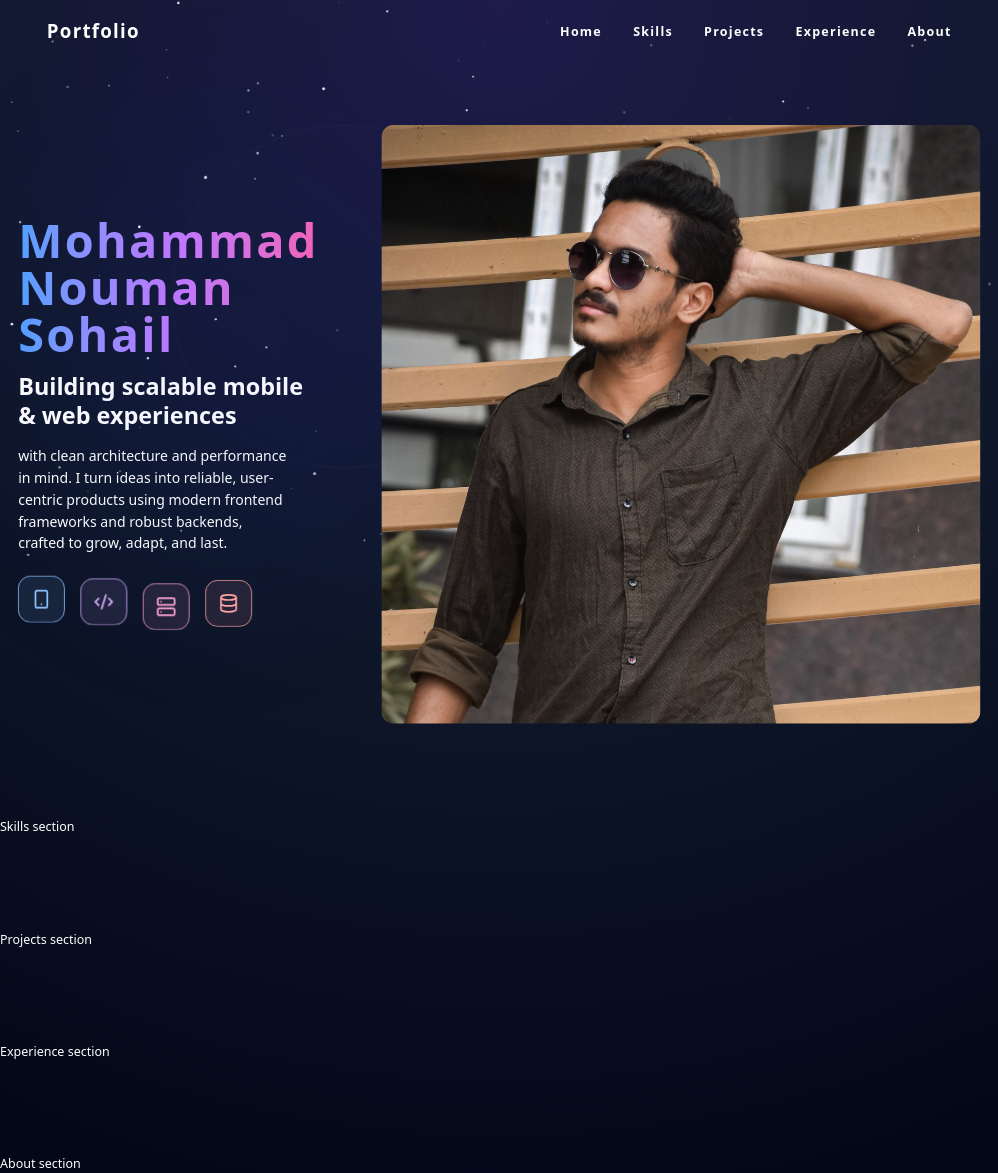
Repository: NoumanSohail/Nouman-Sohail-Portfolio
Page: /
These files come from the project's save history. The page is drawn as it stood at one moment and after the next save; the edit follows.
The browser window is 1280 px wide. The pictures show the whole page, at 78% of full size.
The project was rebuilt for these pictures with package versions that can differ from the ones it lists, and the page was loaded fresh each time. The framework's server and built-in components were replaced by stand-ins that run in the browser. Also part of the build but not shown: next.config.ts.

Above is the page before, as saved 2026-01-24 20:25:35.

### app/layout.tsx
import type { Metadata } from "next";
import { Geist, Geist_Mono } from "next/font/google";
import "./globals.css";
import Navbar from "./components/header/Navbar";
import StarBackground from "./components/ui/StarBackground";

const geistSans = Geist({
  variable: "--font-geist-sans",
  subsets: ["latin"],
});

const geistMono = Geist_Mono({
  variable: "--font-geist-mono",
  subsets: ["latin"],
});

export const metadata: Metadata = {
  title: "Create Next App",
  description: "Generated by create next app",
};

export default function RootLayout({
  children,
}: Readonly<{
  children: React.ReactNode;
}>) {
  return (
    <html lang="en">
      <body
        className={`${geistSans.variable} ${geistMono.variable} antialiased`}
      >
        <StarBackground />
        <Navbar />
        {children}
      </body>
    </html>
  );
}

### app/page.tsx
import React from 'react'
import Hero from './components/sections/Hero'
import Skills from './components/sections/Skills'
import Projects from './components/sections/Projects'
import Experience from './components/sections/Experience'
import About from './components/sections/About'

const page = () => {
  return (
    <div>
      <Hero />
      <Skills />
      <Projects />
      <Experience />
      <About />
    </div>
  )
}

export default page

### app/globals.css
@import "tailwindcss";

html {
  scroll-behavior: smooth;
}

body {
  overflow-x: hidden;
  position: relative;
  background: radial-gradient(circle at 50% 0%, #1e1b4b, #0f172a, #020617);
  min-height: 100vh;
}

### app/components/header/Navbar.tsx
"use client";

import { useEffect, useState } from "react";
import { navLinks } from "@/app/data";
import Link from "next/link";
import { Menu, X } from "lucide-react";

const Navbar = () => {
  const [isScrolled, setIsScrolled] = useState(false);
  const [menuOpen, setMenuOpen] = useState(false);

  useEffect(() => {
    const handleScroll = () => setIsScrolled(window.scrollY > 20);
    window.addEventListener("scroll", handleScroll);
    return () => window.removeEventListener("scroll", handleScroll);
  }, []);

  return (
    <header
      className={`fixed top-0 left-0 right-0 z-50 transition-all ${
        isScrolled
          ? "bg-transparent backdrop-blur-md border-b border-white/20 shadow-lg py-3"
          : "bg-transparent py-6"
      }`}
    >
      <div className="w-full mx-auto max-w-384 flex items-center justify-between px-5 md:px-10 lg:px-15 text-white tracking-widest">
        <h1 className="font-bold text-2xl">Portfolio</h1>

        {/* large displays like laptops */}
        <nav className="hidden lg:flex">
          {navLinks.map((links) => (
            <div key={links.name} className="flex ml-10 font-semibold">
              <Link href={links.id}>{links.name}</Link>
            </div>
          ))}
        </nav>

        {/* Mobile Hamburger */}
        <div className="lg:hidden flex items-center justify-center">
          <button
            onClick={() => setMenuOpen(!menuOpen)}
            className="text-zinc-400"
          >
            <Menu size={30} />
          </button>
        </div>

        {menuOpen && (
          <div className="fixed inset-0 h-screen flex justify-end bg-black/40 backdrop-blur-sm">
            <div className="relative h-full w-[60%] bg-[#0f172a] text-white flex items-center transition-transform duration-300 translate-x-0">
              <button
                onClick={() => setMenuOpen(false)}
                className={`absolute top right-5 md:right-10 text-white ${isScrolled ? "top-3" : "top-6"}`}
              >
                <X size={30} />
              </button>

              <nav className="flex flex-col p-10 gap-10 mt-20">
                {navLinks.map((links) => (
                  <Link
                    key={links.name}
                    href={links.id}
                    onClick={() => setMenuOpen(false)}
                    className="font-semibold"
                  >
                    {links.name}
                  </Link>
                ))}
              </nav>
            </div>
          </div>
        )}
      </div>
    </header>
  );
};

export default Navbar;

### app/components/ui/StarBackground.tsx
"use client";

import { useEffect, useRef } from "react";

const StarBackground = () => {
  const canvasRef = useRef<HTMLCanvasElement | null>(null);

  useEffect(() => {
    const canvas = canvasRef.current;
    if (!canvas) return;

    const ctx = canvas.getContext("2d");
    if (!ctx) return;

    let stars: any[] = [];
    const STAR_COUNT = 120;

    const resize = () => {
      canvas.width = window.innerWidth;
      canvas.height = window.innerHeight;
    };

    resize();
    window.addEventListener("resize", resize);

    // Create stars
    stars = Array.from({ length: STAR_COUNT }).map(() => ({
      x: Math.random() * canvas.width,
      y: Math.random() * canvas.height,
      radius: Math.random() * 1.5 + 0.5,
      speed: Math.random() * 0.3 + 0.1,
      opacity: Math.random(),
    }));

    const animate = () => {
      ctx.clearRect(0, 0, canvas.width, canvas.height);

      stars.forEach((star) => {
        star.y += star.speed;
        if (star.y > canvas.height) {
          star.y = 0;
          star.x = Math.random() * canvas.width;
        }

        ctx.beginPath();
        ctx.arc(star.x, star.y, star.radius, 0, Math.PI * 2);
        ctx.fillStyle = `rgba(255,255,255,${star.opacity})`;
        ctx.fill();
      });

      requestAnimationFrame(animate);
    };

    animate();

    return () => window.removeEventListener("resize", resize);
  }, []);

  return (
    <canvas
      ref={canvasRef}
      className="fixed inset-0 pointer-events-none -z-10"
    />
  );
};

export default StarBackground;

### app/components/sections/Hero.tsx
import { personaldetails } from "@/app/data";
import Image from "next/image";
import me from "@/public/images/me.jpg";
import { Code2, Database, Server, Smartphone } from "lucide-react";

const Hero = () => {
  return (
    <section
      id="home"
      className="scroll-mt-40 w-full mx-auto max-w-384 px-5 md:px-10 lg:px-15 text-white mt-30 md:mt-40 overflow-hidden"
    >
      {/* Central Glowing Orb */}
      <div
        className="absolute hidden lg:block lg:left-55 xl:left-0 w-[45%] h-[45%] bg-blue-700/50 rounded-full
          blur-[120px] opacity-10 animate-pulse [animation-delay:2000ms] z-0
        "
      />

      {/* Orbiting Elements */}
      <div
        className="absolute hidden lg:block left-55 w-110 h-110 border border-white/5 rounded-full
          animate-spin [animation-duration:20s] z-10
        "
      />

      <div className="flex flex-col lg:flex-row items-center justify-center gap-7 lg:gap-20 text-center lg:text-start">
        <div className="flex flex-col gap-5">
          <h1 className="font-black text-4xl lg:text-6xl tracking-wider text-balance text-transparent bg-clip-text bg-linear-to-r from-blue-400 via-purple-400 to-pink-400">
            {personaldetails.name}
          </h1>
          <h2 className="font-semibold text-2xl lg:text-3xl">
            {personaldetails.tagline}
          </h2>
          <p className="lg:text-lg lg:text-balance">
            {personaldetails.statement}
          </p>

          <div className="flex gap-5 mt-5 items-center justify-center lg:items-start lg:justify-start">
            <Smartphone
              size={60}
              className="p-4 border rounded-2xl backdrop-blur-xs bg-blue-300/10 hover:scale-110
                        border-blue-300  hover:border-blue-300 text-blue-300 hover:text-blue-300
                        transition-all duration-300 animate-bounce [animation-delay:0ms]"
            />
            <Code2
              size={60}
              className="p-4 border rounded-2xl backdrop-blur-xs bg-purple-300/10 hover:scale-110
                        border-purple-300 hover:border-purple-300 text-purple-300 hover:text-purple-300
                        transition-all duration-300 animate-bounce [animation-delay:100ms]"
            />
            <Server
              size={60}
              className="p-4 border rounded-2xl backdrop-blur-xs bg-pink-300/10 hover:scale-110
                        border-pink-300 hover:border-pink-300 text-pink-300 hover:text-pink-300
                        transition-all duration-300 animate-bounce [animation-delay:200ms]"
            />
            <Database
              size={60}
              className="p-4 border rounded-2xl backdrop-blur-xs bg-red-300/10 hover:scale-110
                        border-red-300 hover:border-red-300 text-red-300 hover:text-red-300
                        transition-all duration-300 animate-bounce [animation-delay:300ms]"
            />
          </div>
        </div>

        <Image
          src={me}
          alt={personaldetails.name}
          height={350}
          width={350}
          className="rounded-2xl lg:h-3xl lg:w-3xl"
        />
      </div>
    </section>
  );
};

export default Hero;

### app/components/sections/Skills.tsx

const Skills = () => {
  return (
    <section id="skills" className="h-fit">
      <div className="text-white pt-30">Skills section</div>
    </section>
  );
};

export default Skills;

### app/components/sections/Projects.tsx

const Projects = () => {
  return (
    <section id="projects" className="h-fit">
      <div className="text-white pt-30">Projects section</div>
    </section>
  )
}

export default Projects

### app/components/sections/Experience.tsx

const Experience = () => {
  return (
    <section id="experience" className="h-fit">
      <div className="text-white pt-30">Experience section</div>
    </section>
  );
};

export default Experience;

### app/components/sections/About.tsx

const About = () => {
  return (
    <section id="about" className="h-fit">
      <div className="text-white pt-30">About section</div>
    </section>
  )
}

export default About

### app/data.tsx
export const navLinks = [
  { name: "Home", id: "/#home" },
  { name: "Skills", id: "/#skills" },
  { name: "Projects", id: "/#projects" },
  { name: "Experience", id: "/#experience" },
  { name: "About", id: "/#about" },
];

export const personaldetails = {
  name: "Mohammad Nouman Sohail",
  role: "Full Stack Mobile & Web Developer",
  tagline: "Building scalable mobile & web experiences",
  statement:
    "with clean architecture and performance in mind. I turn ideas into reliable, user-centric products using modern frontend frameworks and robust backends, crafted to grow, adapt, and last.",
};

After the next save:
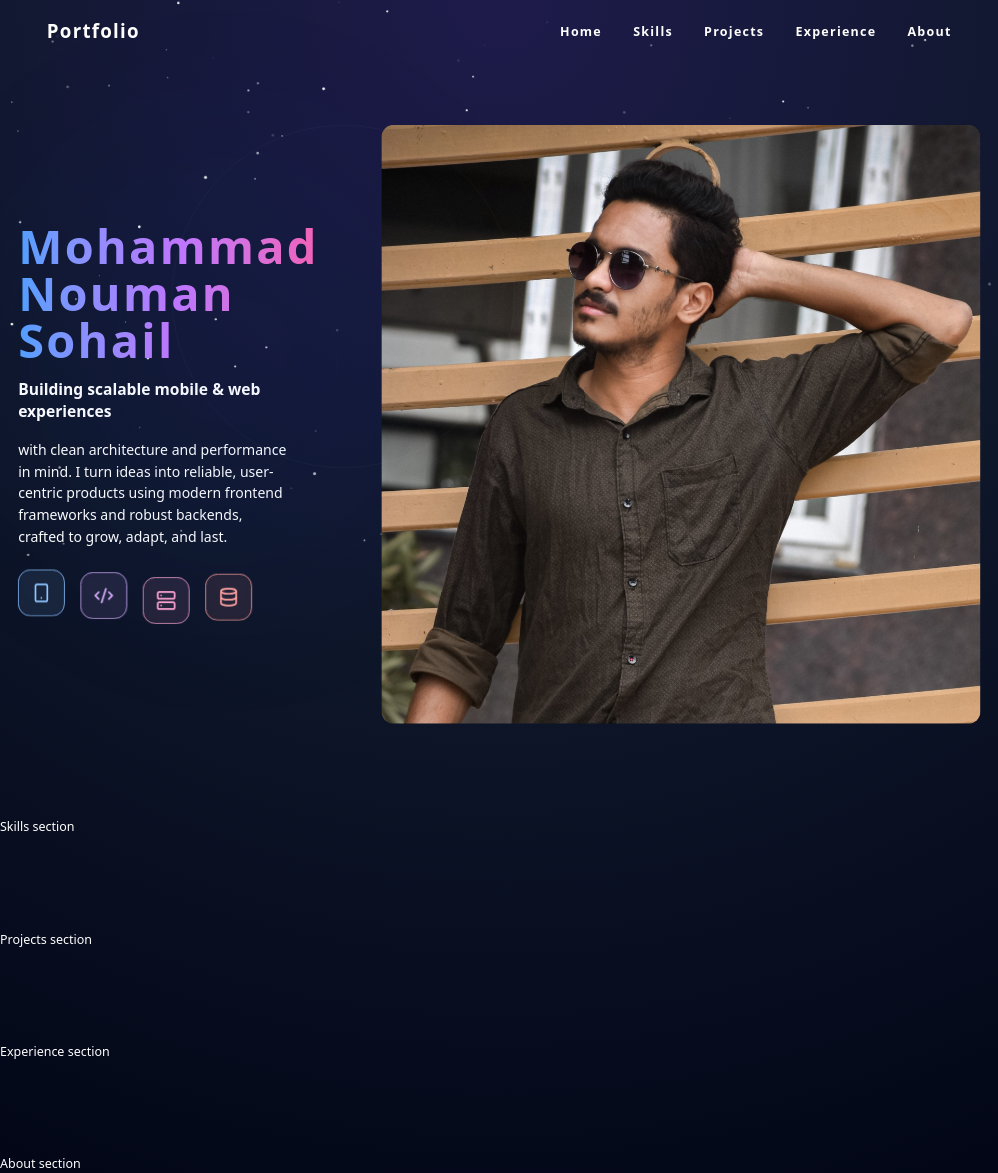
Saved 48 s later.
--- a/app/components/sections/Hero.tsx
+++ b/app/components/sections/Hero.tsx
@@ -28,7 +28,7 @@ const Hero = () => {
           <h1 className="font-black text-4xl lg:text-6xl tracking-wider text-balance text-transparent bg-clip-text bg-linear-to-r from-blue-400 via-purple-400 to-pink-400">
             {personaldetails.name}
           </h1>
-          <h2 className="font-semibold text-2xl lg:text-3xl">
+          <h2 className="font-semibold text-2xl lg:text-xl">
             {personaldetails.tagline}
           </h2>
           <p className="lg:text-lg lg:text-balance">
